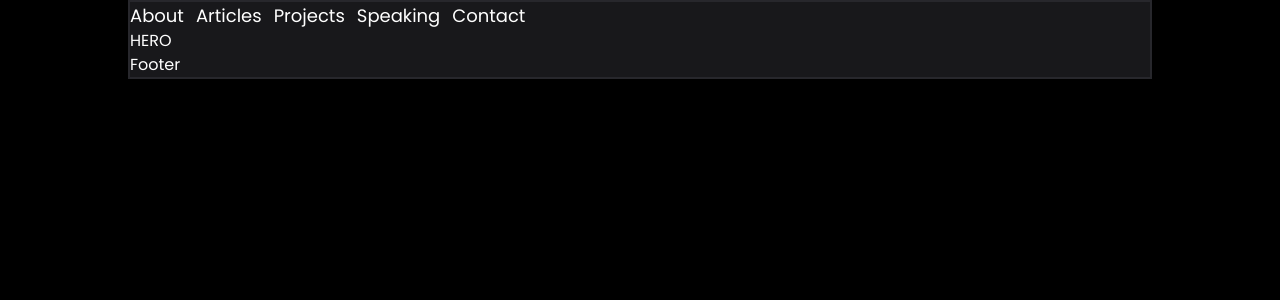
Repository: Wafaabahgat/Portfolio
Page: /
These files come from the project's save history. The page is drawn as it stood at one moment and after a run of saves; the edit follows.
The browser window is 1280 px wide. The pictures show the whole page.
The project was rebuilt for these pictures with package versions that can differ from the ones it lists, and the page was loaded fresh each time. Also part of the build but not shown: vite.config.ts, src/App.css, src/ErrorPage.tsx.

Above is the page before, as saved 2023-12-07 02:52:35.

After the next 2 saves:
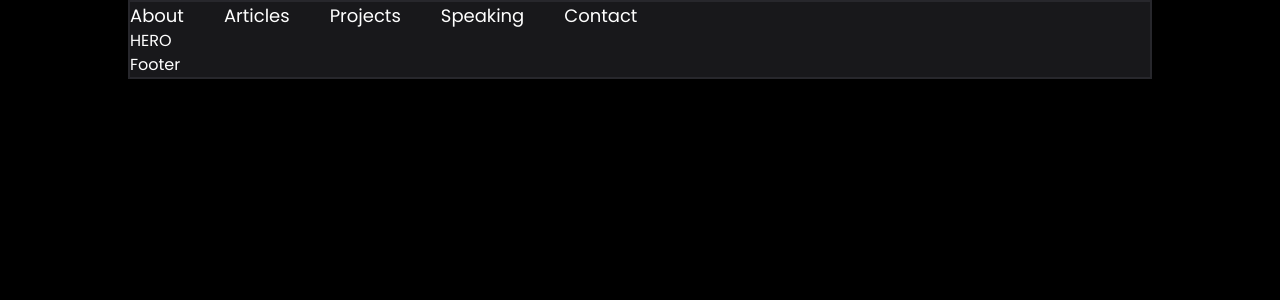
The 2 saves are shown as one change because they came seconds apart.
The last was saved 7 s later.
--- a/src/components/layouts/Header.tsx
+++ b/src/components/layouts/Header.tsx
@@ -33,7 +33,7 @@ const Header: FC<HeaderProps> = () => {
   return (
     <>
       <div className="">
-        <nav className="flex gap-3">
+        <nav className="flex gap-10">
           {links?.map((e, i) => (
             <Link
               key={i}
